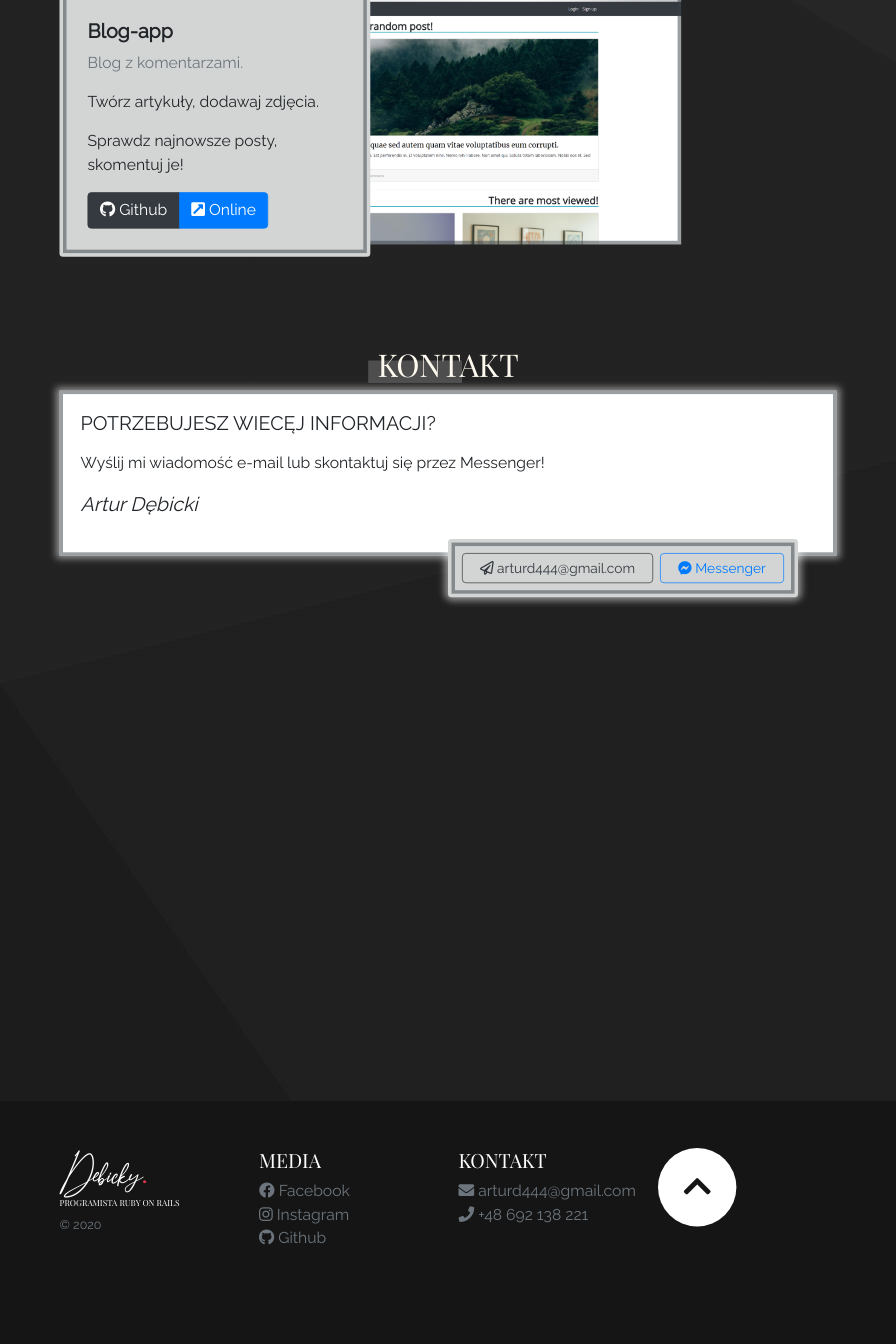
Repository: debicky/debicky.github.io
Page: index.html
An editor plug-in stored every save of this project. The page is shown before and after the next save, followed by the edit.
The browser window is 1280 px wide. The pictures show the part of the page from y = 3500 to 5420 px (the page is 5420 px tall), at 70% of full size.
Some web libraries are served in a nearby version.

Above is the page before, as saved 2020-06-16 14:32:47.

After the next save:
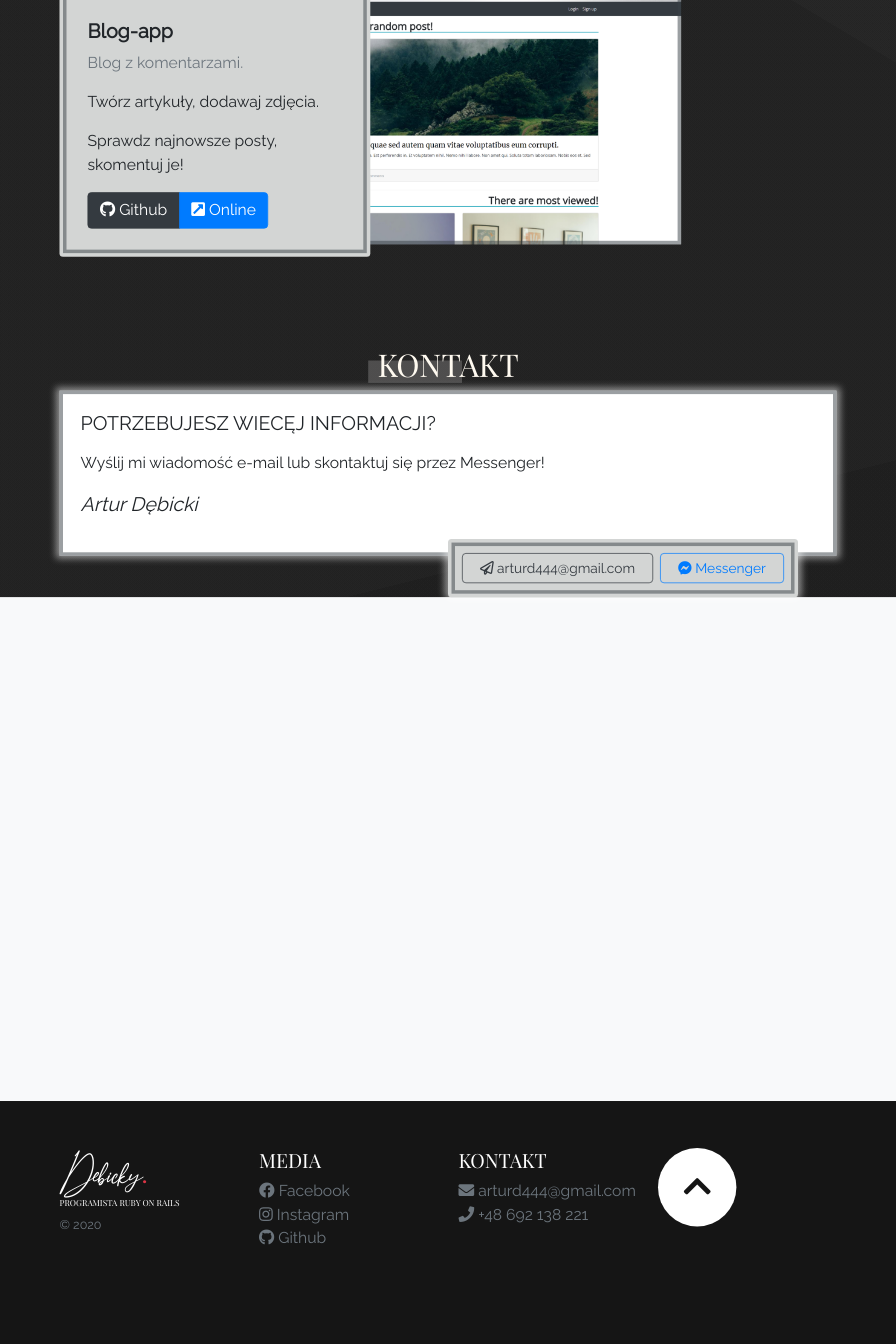
Saved 4 s later.
--- a/index.html
+++ b/index.html
@@ -185,7 +185,7 @@
 
 
 
-  <section class="vh-100 b">
+  <section class="vh-100 bg-light">
     <h2></h2>
 
   </section>
